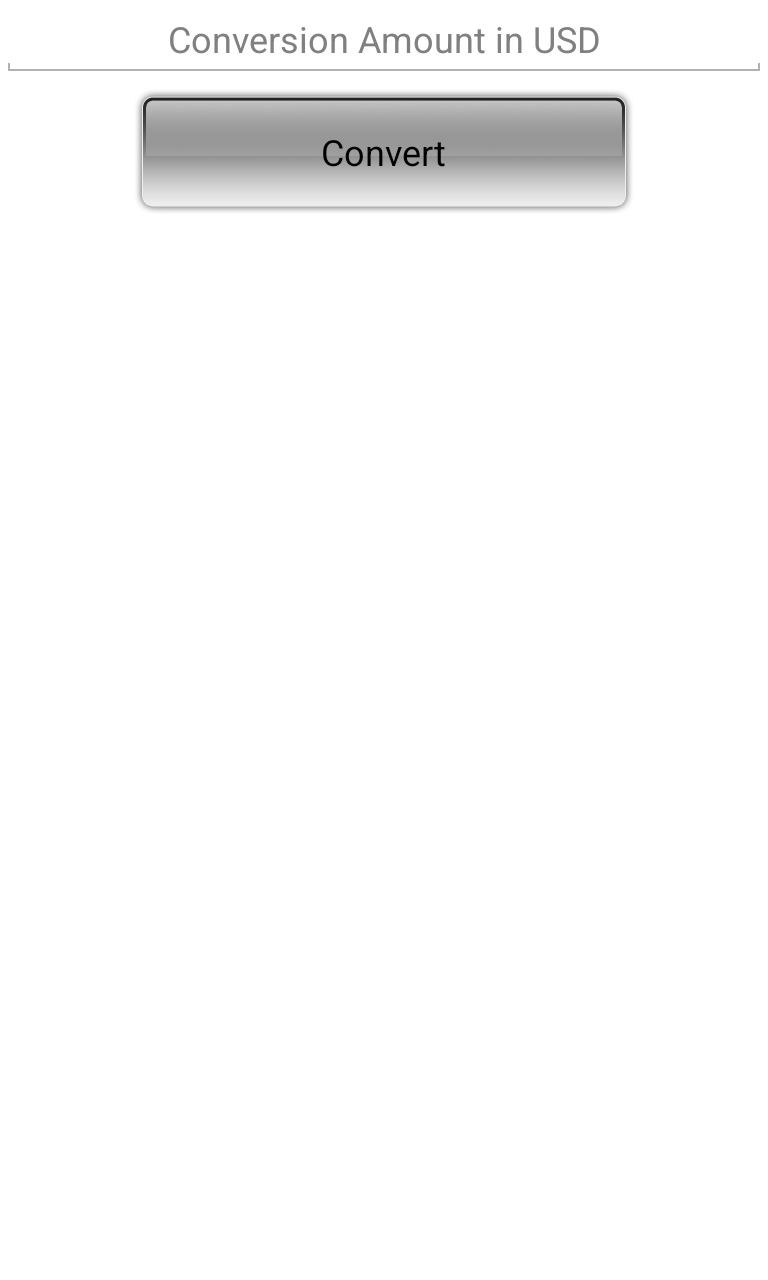
Repository: efreestone/MDF3_Freestone
Layout: AppLauncher/res/layout/activity_main.xml
The author's editor kept a copy of each file at every save. The layout is drawn from the files as they stood at one save, then again after the next save.
It is drawn on a 768 x 1280 px phone screen (xhdpi) without system bars, with theme AppTheme; the app's code is not run.

Above is the layout before, as saved 2014-07-10 02:07:20.

### AppLauncher/res/layout/activity_main.xml
<?xml version="1.0" encoding="utf-8"?>
<LinearLayout xmlns:android="http://schemas.android.com/apk/res/android"
    android:id="@+id/parentView"
    android:layout_width="match_parent"
    android:layout_height="match_parent"
    android:orientation="vertical"
    >

    <EditText
        android:id="@+id/test_textview"
        android:layout_width="match_parent"
        android:layout_height="wrap_content"
        android:gravity="center"
        android:inputType="numberDecimal"
        android:hint="@string/titleString" />

    <Button
        android:id="@+id/convertButton"
        android:layout_width="wrap_content"
        android:layout_height="wrap_content"
        android:layout_gravity="center"
        android:layout_margin="5dp"
        android:background="@drawable/button_background"
        android:clickable="true"
        android:text="@string/buttonString"
        android:width="250dp" />

</LinearLayout>

### AppLauncher/res/values/strings.xml
<?xml version="1.0" encoding="utf-8"?>
<resources>

    <string name="app_name">AppLauncher</string>
    <string name="hello_world">Hello world!</string>
    <string name="action_settings">Settings</string>

    <string name="titleString">Conversion Amount in USD</string>
    <string name="buttonString">Convert</string>

</resources>

### AppLauncher/res/drawable-hdpi/button_background.xml
<?xml version="1.0" encoding="utf-8"?>
<selector xmlns:android="http://schemas.android.com/apk/res/android" >
    <!-- Button Image when pressed -->
    <item
        android:drawable="@drawable/gradient_pressed_9patch"
        android:state_pressed="true"/>

    <!-- Button Image -->
    <item
        android:drawable="@drawable/gradient_9patch"/>



</selector>

### AppLauncher/res/drawable-ldpi/button_background.xml
<?xml version="1.0" encoding="utf-8"?>
<selector xmlns:android="http://schemas.android.com/apk/res/android" >
    <!-- Button Image when pressed -->
    <item
        android:drawable="@drawable/gradient_pressed_9patch"
        android:state_pressed="true"/>

    <!-- Button Image -->
    <item
        android:drawable="@drawable/gradient_9patch"/>



</selector>

### AppLauncher/res/drawable-mdpi/button_background.xml
<?xml version="1.0" encoding="utf-8"?>
<selector xmlns:android="http://schemas.android.com/apk/res/android" >
    <!-- Button Image when pressed -->
    <item
        android:drawable="@drawable/gradient_pressed_9patch"
        android:state_pressed="true"/>

    <!-- Button Image -->
    <item
        android:drawable="@drawable/gradient_9patch"/>



</selector>

### AppLauncher/res/drawable-xhdpi/button_background.xml
<?xml version="1.0" encoding="utf-8"?>
<selector xmlns:android="http://schemas.android.com/apk/res/android" >
    <!-- Button Image when pressed -->
    <item
        android:drawable="@drawable/gradient_pressed_9patch"
        android:state_pressed="true"/>

    <!-- Button Image -->
    <item
        android:drawable="@drawable/gradient_9patch"/>



</selector>

### AppLauncher/res/drawable-xxhdpi/button_background.xml
<?xml version="1.0" encoding="utf-8"?>
<selector xmlns:android="http://schemas.android.com/apk/res/android" >
    <!-- Button Image when pressed -->
    <item
        android:drawable="@drawable/gradient_pressed_9patch"
        android:state_pressed="true"/>

    <!-- Button Image -->
    <item
        android:drawable="@drawable/gradient_9patch"/>



</selector>

Loaded but not shown: AppLauncher/res/values/styles.xml (common file); AppLauncher/res/values-v11/styles.xml (common file); AppLauncher/res/values-v14/styles.xml (common file)

After the next save:
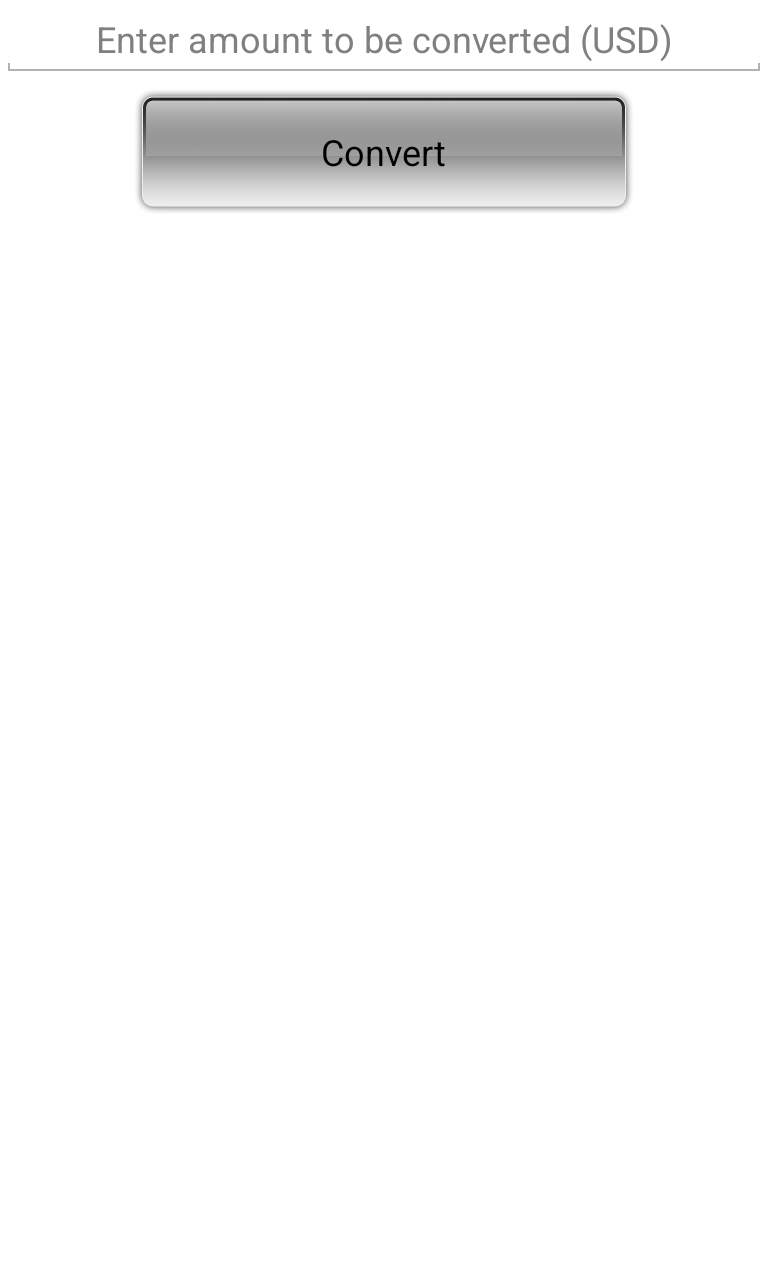
Saved 5 min 28 s later.
--- a/AppLauncher/res/values/strings.xml
+++ b/AppLauncher/res/values/strings.xml
@@ -5,7 +5,7 @@
     <string name="hello_world">Hello world!</string>
     <string name="action_settings">Settings</string>
 
-    <string name="titleString">Conversion Amount in USD</string>
+    <string name="titleString">Enter amount to be converted (USD)</string>
     <string name="buttonString">Convert</string>
 
 </resources>
